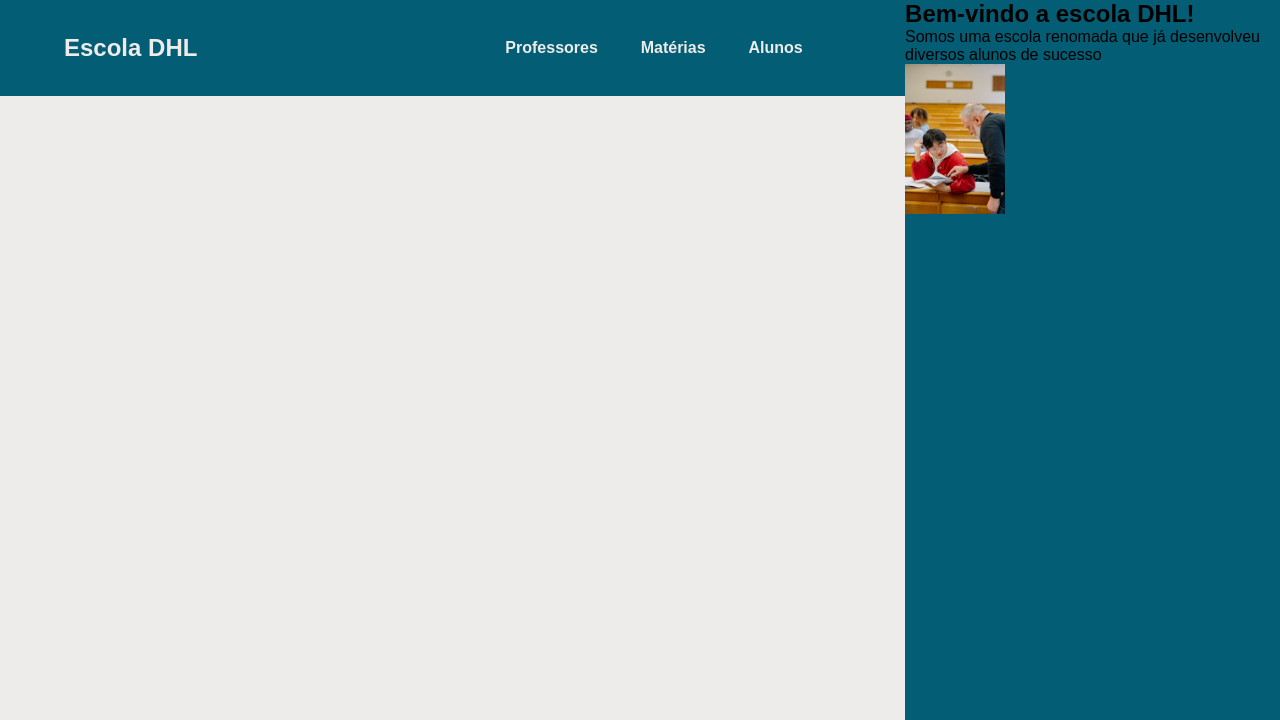
Repository: SirHick/sa-sistema-escola-DHL
Page: front/index.html
An editor plug-in stored every save of this project. The page is shown before and after the next save, followed by the edit.
The browser window is 1280 px wide. The pictures show the whole page.

Above is the page before, as saved 2026-07-17 15:48:16.

After the next save:
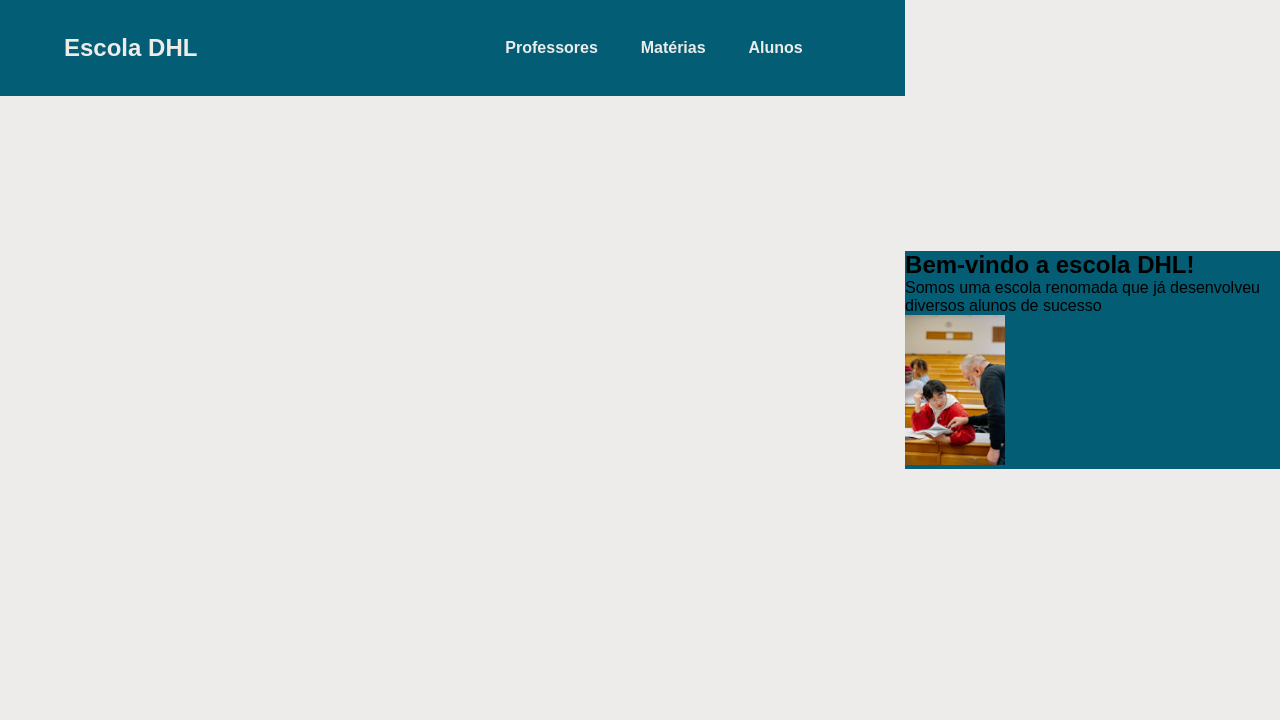
Saved 9 s later.
--- a/front/style.css
+++ b/front/style.css
@@ -52,4 +52,5 @@
 .hero-section{
     justify-self: center;
     background-color: #035D74;
+    align-self: center;
 }

After the 2 saves that followed:
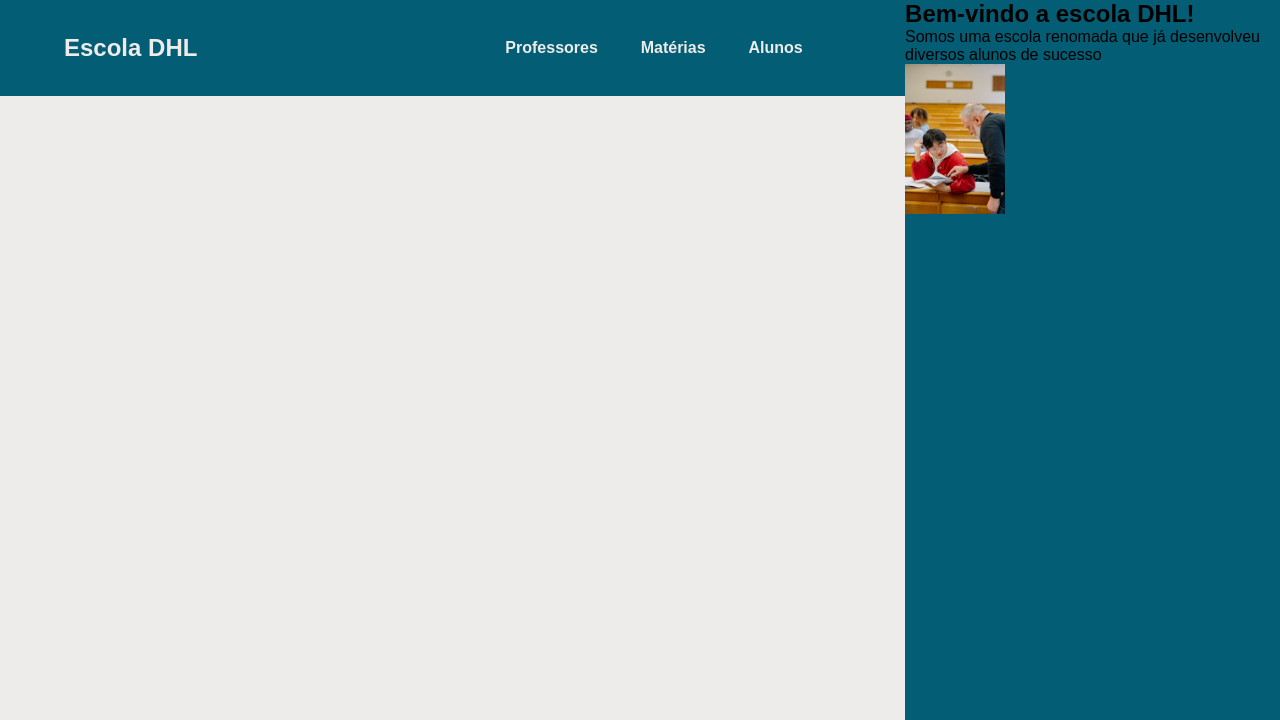
The 2 saves are shown as one change because 1 left the picture as it was.
The last was saved 12 s later.
--- a/front/style.css
+++ b/front/style.css
@@ -52,5 +52,4 @@
 .hero-section{
     justify-self: center;
     background-color: #035D74;
-    align-self: center;
 }
